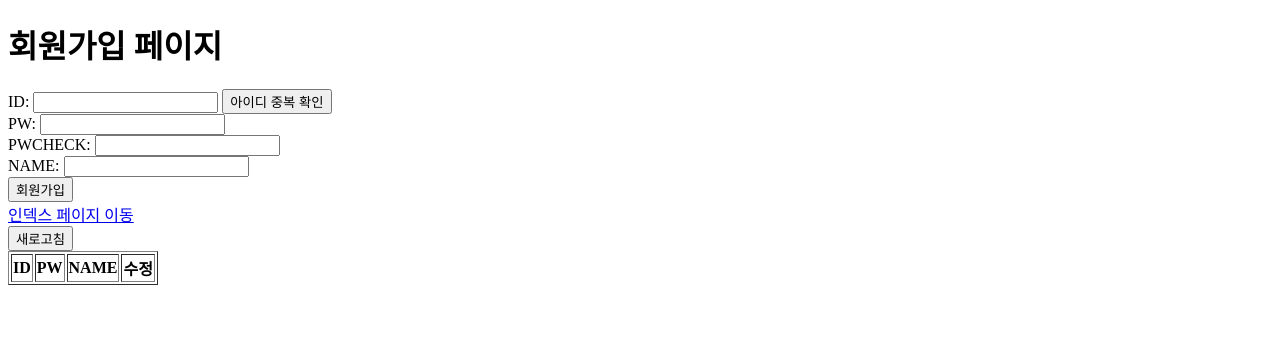
Repository: smallomg/bg-spring
Page: http://localhost/demo4-1/WEB-INF/views/signup.jsp
An editor plug-in stored every save of this project. The page is shown before and after the next save, followed by the edit.
The browser window is 1280 px wide. The pictures show the whole page.
The page is served by Tomcat 9. Nobody is signed in. Other server files are loaded and not shown. The template is opened directly, without the code that normally fills it, so the values that code supplies are empty.

Above is the page before, as saved 2025-05-08 02:47:22.

### ldy_spring/demo4-1/src/main/webapp/WEB-INF/views/signup.jsp
<%@ page language="java" contentType="text/html; charset=UTF-8"
	pageEncoding="UTF-8"%>
<!DOCTYPE html>
<html>
<head>
<meta charset="UTF-8">
<title>회원가입 페이지</title>
</head>
<body>
	<h1>회원가입 페이지</h1>
	<form action="SignUp" method="post" onsubmit="return validateForm()">
		ID: <input type="text" id="id" name="id">
		<button type="button" onclick="idcheck()">아이디 중복 확인</button>
		<br> PW: <input type="password" id="pw" name="pw"><br>
		PWCHECK: <input type="password" id="pwcheck" name="pwcheck"
			onblur="pwCheck()"><br> NAME: <input type="text"
			id="name" name="name"><br> <input type="submit"
			value="회원가입">
	</form>
	<div id="demo1"></div>
	<div id="demo2"></div>
	<a href="/">인덱스 페이지 이동</a>
	<br>

	<button type="button" onclick="selectAll()">새로고침</button>
	<br>
	<table border="1">
		<thead>
			<tr>
				<th>ID</th>
				<th>PW</th>
				<th>NAME</th>
				<th>수정</th>
			</tr>
		</thead>
		<tbody id="tbody">
		</tbody>
	</table>
	<script>
		function selectAll() {
			const xhr = new XMLHttpRequest();
			xhr.onload = function() {
				const list = JSON.parse(xhr.responseText);
				let html = "";
				for (let i = 0; i < list.length; i++) {
					html += "<tr>"+
					"<td>" + list[i].id + "</td>" +
					"<td>"+ list[i].pw + "</td>" +
					"<td>" + list[i].name + "</td>"+
					"</tr>";

				}
				document.getElementById('tbody').innerHTML = html;
			}

			xhr.open('GET', '/selectAll');
			xhr.send();
		}
	</script>

	<script>
		let idValid = false;
		function idcheck() {
			const id = document.getElementById('id').value;
			if (!id) {
				alert('아이디를 입력하세요.');
				return;
			}
			const xhr = new XMLHttpRequest();
			xhr.onload = function() {
				if (xhr.responseText === "1") {
					document.getElementById('demo1').innerHTML = "사용중인 아이디 입니다";
					idValid = false;
				} else {
					document.getElementById('demo1').innerHTML = "사용가능한 아이디";
					idValid = true;
				}

			}
			xhr.open('GET', '/idcheck?id=' + id);
			xhr.send();
		}

		let pwValid = false;
		function pwCheck() {
			const pw = document.getElementById('pw').value;
			const pwcheck = document.getElementById('pwcheck').value;

			const xhr = new XMLHttpRequest();
			xhr.onload = function() {
				if (xhr.responseText == "1") {
					document.getElementById('demo2').innerHTML = "비밀번호가 다릅니다";
					pwValid = false;
				} else {
					document.getElementById('demo2').innerHTML = "비밀번호가 같습니다";
					pwValid = true;
				}

			}
			xhr.open('GET', '/pwCheck?pw=?' + pw + '&pwcheck=?' + pwcheck);
			xhr.send();
		}

		function validateForm() {
			if (!idValid) {
				alert('아이디 중복 확인을 해주세요.');
				return false;
			}
			if (!pwValid) {
				alert('비밀번호가 일치하지 않습니다.');
				return false;
			}
			return true;
		}
	</script>
</body>
</html>

After the next save:
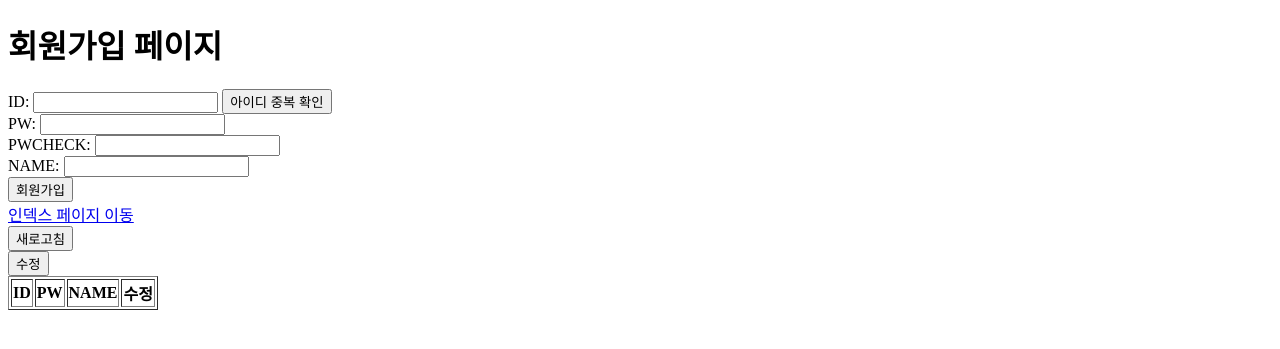
Saved 78 s later.
--- a/ldy_spring/demo4-1/src/main/webapp/WEB-INF/views/signup.jsp
+++ b/ldy_spring/demo4-1/src/main/webapp/WEB-INF/views/signup.jsp
@@ -34,6 +34,7 @@
 			</tr>
 		</thead>
 		<tbody id="tbody">
+		<button type="button" onclick="update()">수정</button>
 		</tbody>
 	</table>
 	<script>

After the save that followed:
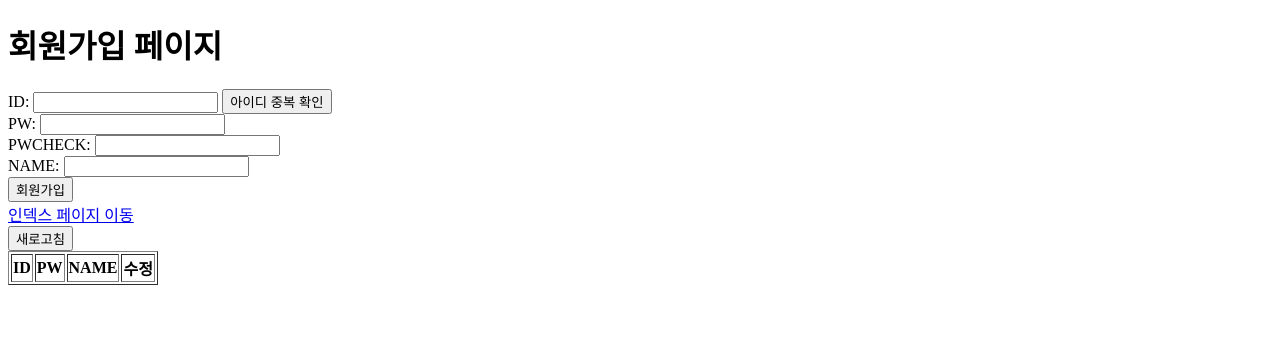
Console error: SyntaxError: Invalid left-hand side in assignment
Saved 42 s later.
--- a/ldy_spring/demo4-1/src/main/webapp/WEB-INF/views/signup.jsp
+++ b/ldy_spring/demo4-1/src/main/webapp/WEB-INF/views/signup.jsp
@@ -34,7 +34,7 @@
 			</tr>
 		</thead>
 		<tbody id="tbody">
-		<button type="button" onclick="update()">수정</button>
+
 		</tbody>
 	</table>
 	<script>
@@ -43,6 +43,7 @@
 			xhr.onload = function() {
 				const list = JSON.parse(xhr.responseText);
 				let html = "";
+				let button = "" ="<button type="button" onclick="update()">수정</button>"
 				for (let i = 0; i < list.length; i++) {
 					html += "<tr>"+
 					"<td>" + list[i].id + "</td>" +
